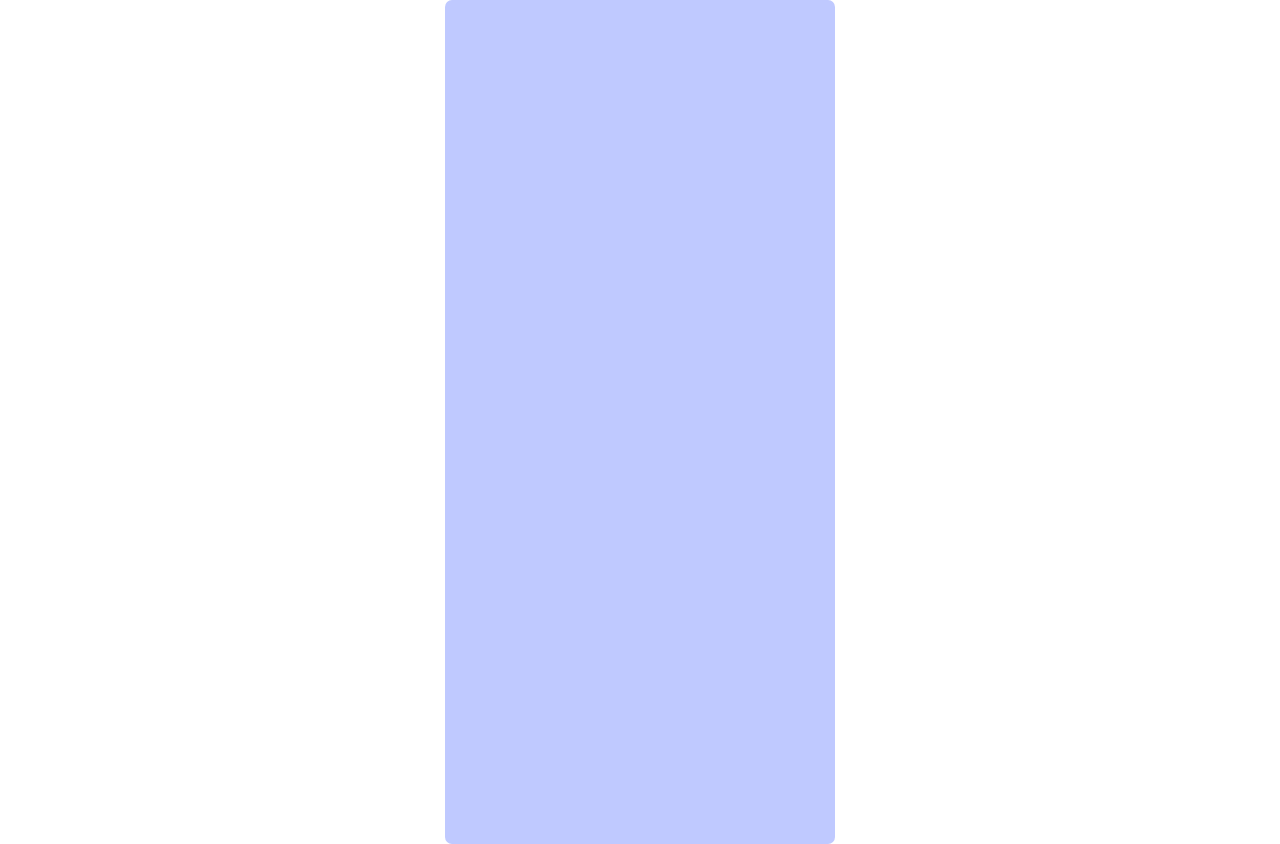
Repository: krishbains/CryptoWallet
Page: /
An editor plug-in stored every save of this project. The page is shown before and after the next save, followed by the edit.
The browser window is 1280 px wide. The pictures show the whole page.
The project was rebuilt for these pictures with package versions that can differ from the ones it lists, and the page was loaded fresh each time. Also part of the build but not shown: src/components/basepage/basepage.jsx.

Above is the page before, as saved 2024-03-28 15:31:16.

After the next save:
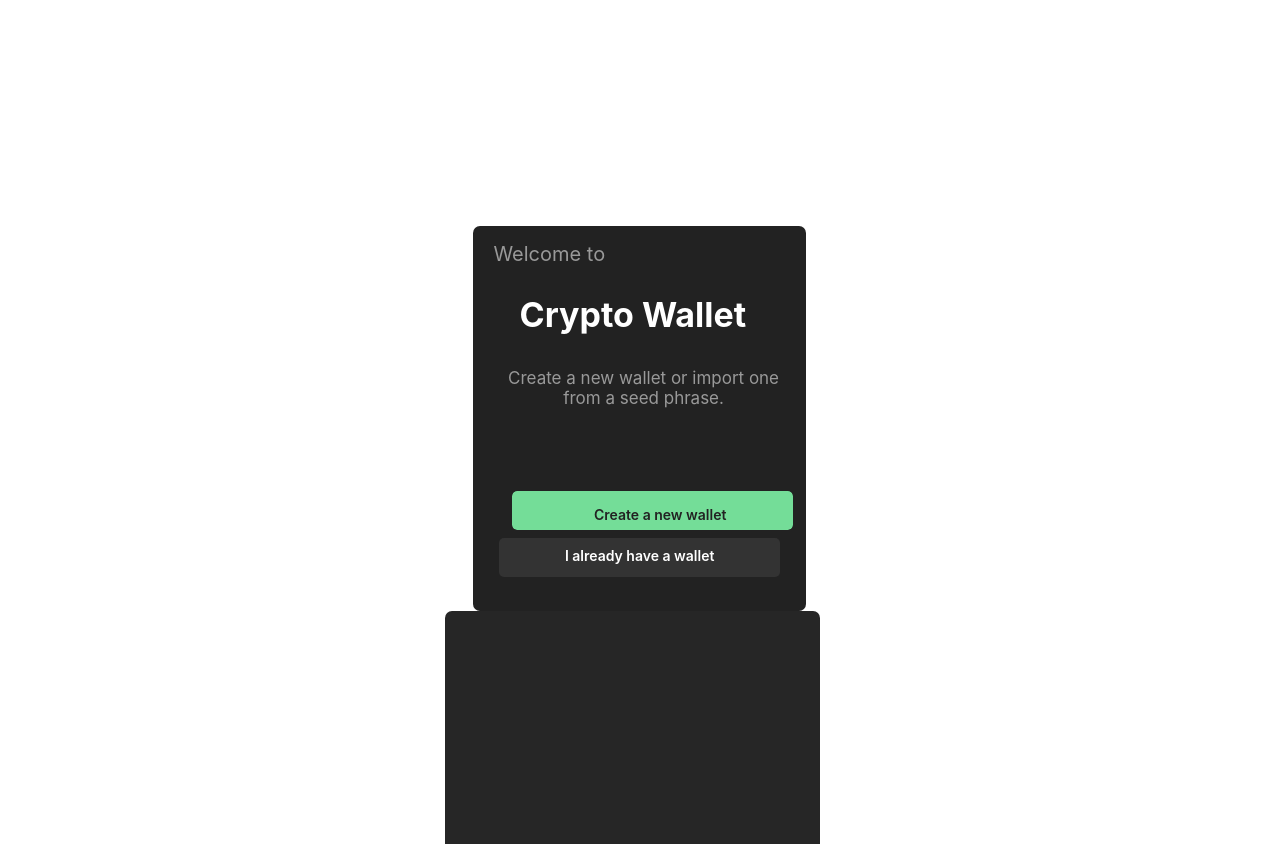
Saved 80 s later.
--- a/src/components/startingpage/startingpage.css
+++ b/src/components/startingpage/startingpage.css
@@ -159,7 +159,7 @@
     white-space: nowrap;
     z-index: 7;
   }
-  .main-frame-background {
+  /* .main-frame-background {
     position: absolute;
     width: 390px;
     height: 844px;
@@ -167,4 +167,4 @@
     left: 0;
     background: #bfc9ff;
     border-radius: 7px;
-  }
+  } */
